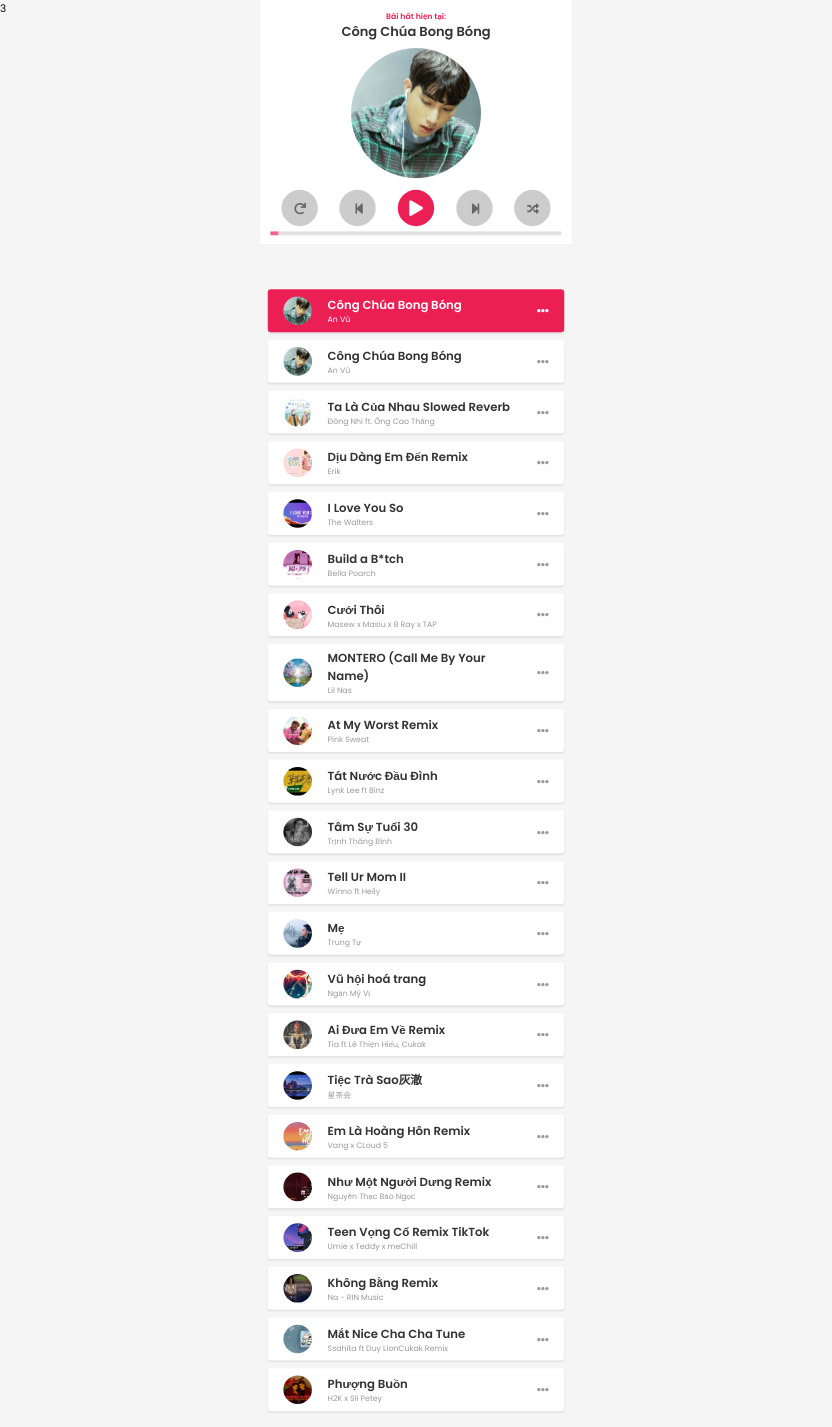
Repository: hopcodedao/music
Page: index.html
These files come from the project's save history. The page is drawn as it stood at one moment and after the next save; the edit follows.
The browser window is 1280 px wide. The pictures show the whole page, at 65% of full size.

Above is the page before, as saved 2022-09-06 21:25:09.
Console error: ReferenceError: _this is not defined

After the next save:
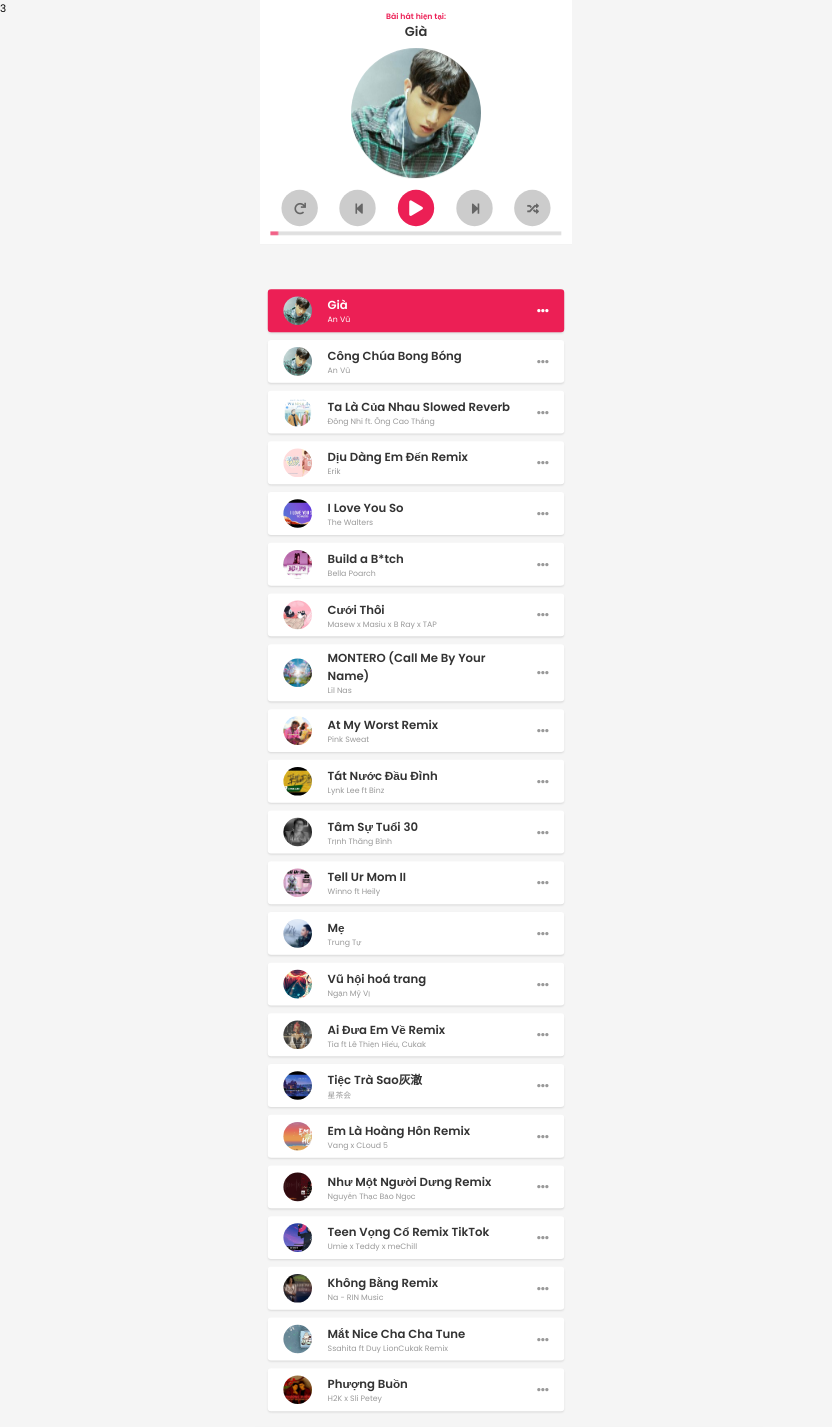
Saved 6 s later.
--- a/app.js
+++ b/app.js
@@ -23,7 +23,7 @@ const app = {
     config: JSON.parse(localStorage.getItem('PLAYER_STORAGE_KEY')) || {},
     songs : [
         {
-            name: 'Công Chúa Bong Bóng',
+            name: 'Già',
             singer: 'An Vũ',
             path: './assets/songs/Công Chúa Bong Bóng.mp3',
             image: './assets/img/anvu.jpg'
